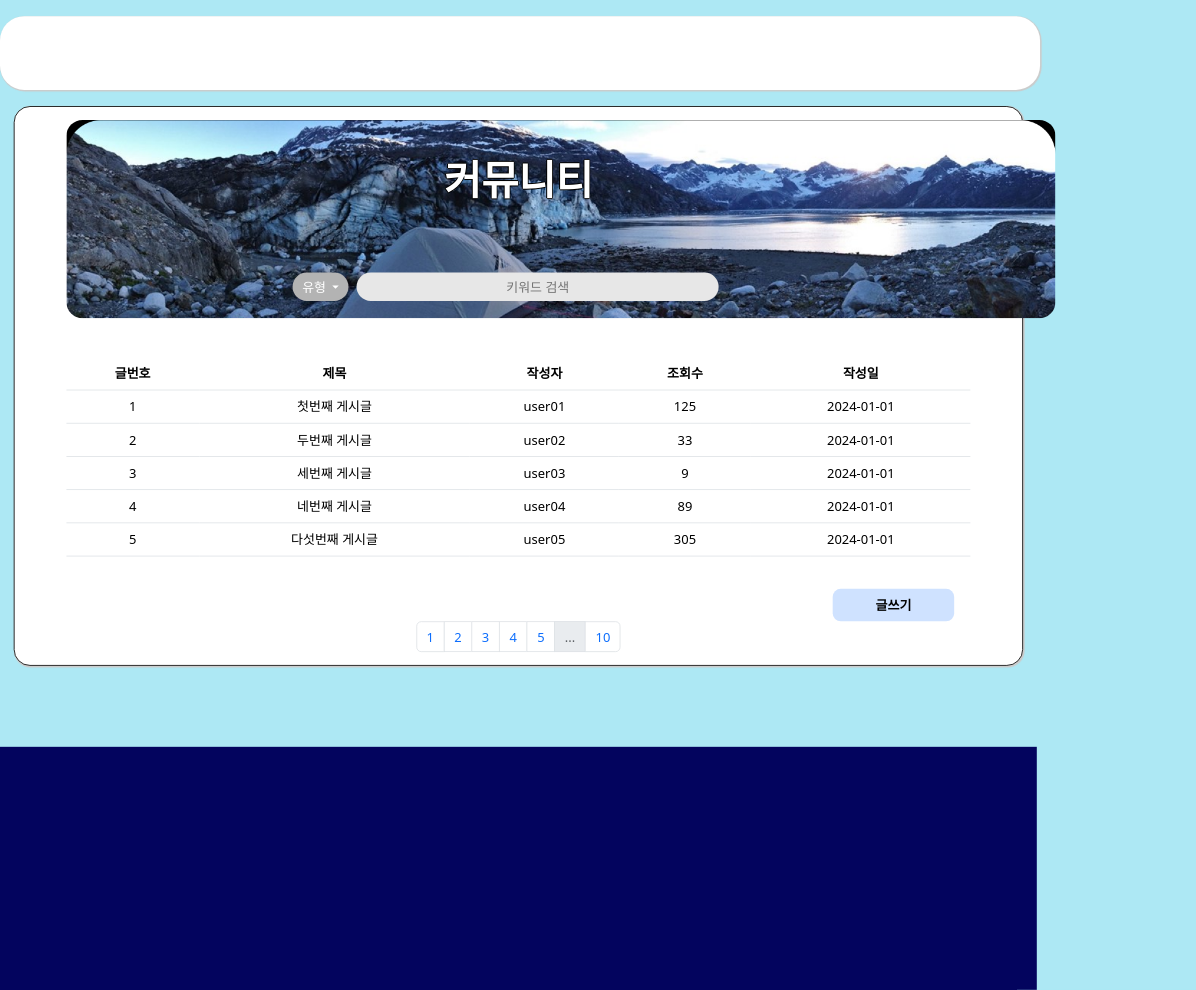
Repository: KimMJ0964/jsp
Page: http://localhost/Trafi/views/community/communityMain.jsp
The author's editor kept a copy of each file at every save. The page is drawn from the files as they stood at one save, then again after the next save.
The browser window is 1280 px wide. The page is 1477 px wide, so the pictures cover 1477 px, including what lies to the right of the window. The pictures show the whole page, at 81% of full size.
The pointer rests on the first visible `#createBoardBtn`.
The page is served by Tomcat 9.

Above is the page before, as saved 2024-09-19 08:09:06.

### Trafi/src/main/webapp/views/community/communityMain.jsp
<%@ page language="java" contentType="text/html; charset=UTF-8"
    pageEncoding="UTF-8"%>
<!DOCTYPE html>
<html lang="ko">
<head>
    <meta charset="UTF-8">
    <meta name="viewport" content="width=device-width, initial-scale=1.0">
    <title>커뮤니티</title>

    <!-- Latest compiled and minified CSS -->
    <link href="https://cdn.jsdelivr.net/npm/bootstrap@5.3.3/dist/css/bootstrap.min.css" rel="stylesheet">

    <!-- Latest compiled JavaScript -->
    <script src="https://cdn.jsdelivr.net/npm/bootstrap@5.3.3/dist/js/bootstrap.bundle.min.js"></script>
    <style>
        body {
            margin: 0;
            padding: 0;
            background-color: #ADE8F4;
        }
        .wrap {
            width: 1246px;
            margin: auto;
            border: 1px solid black;
            border-radius: 20px;
            background-color: white;
            box-shadow: 1px 1px 1px 1px rgb(203, 203, 203);
        }
        #header, #footer, #aside {
            height: 20%;
        }
        #header {
            width: 1284px;
            height: 91px;
            background-color: white;
            border-radius: 30px;
            margin: 0 auto;
            margin-top: 20px;
            margin-bottom: 20px;
            box-shadow: 1px 1px 1px 1px rgb(203, 203, 203);
            display: flex;
            justify-content: space-between;
            align-items: center;
        }

        #header img {
            width: 100px;
        }

        #header .dropdown {
            margin-right: 10px;
        }

        #header button {
            margin-right: 10px;
            background-color: white;
            font-size: 20px;
            color: black;
            font-weight: bold;
            border-style: none;
        }

        #header > .dropdown > button {
            background-color: white;
            font-size: 20px;
            color: black;
            font-weight: bold;
        }

        #footer {
            margin-top: 100px;
            width: 100%;
            height: 300px;
            background-color: #03045E;
        }

        .main_image {
            position: relative;
        }

        .main_image_text {
            position: absolute;
            top: 30%;
            left: 50%;
            transform: translate(-50%, -50%);
            color: white;
            font-weight: 900;
            text-shadow: -1px 0px black, 0px 1px black, 1px 0px black, 0px -1px black;
            font-size:50px;
        }

        #search {
            display: flex;
            align-items: center;
            gap: 10px; /* 간격 조정 */
            margin-top: 10px;
            position: absolute;
            top: 80%;
            left: 55%;
            transform: translate( -30%, -50% );
            text-align: center;
            width: 100%;
        }

        #searchKeyword {
            background-color: rgb(231, 231, 231);
            border-radius: 40px;
            border-style: none;
            width: 40%;
            height: 35px;
            text-align: center;
        }

        .btn {
            background-color: rgb(179, 179, 179);
            border-radius: 40px;
            border-style: none;
            height: 35px;
            text-align: center;
        }

        .createBtn {
            float: right;
            border-radius: 10px;
            border-style: none;
            background-color: rgb(177, 192, 255);
            width: 90px;
            height: 35px;
            font-weight: 600;
            color: white;
        }

        .createBtn:hover {
            background-color: rgb(147, 169, 255);
        }

        .table {
            text-align: center;
        }

        th {
            background-color: #9fd7ff; /* 연한 파랑색 */
        }

        .background-img {
            width: 1221px;
            border-radius: 20px;
        }

        #createBoardBtn {
        	width: 150px;
        	border-style: none;
        	background-color: #CFE2FF;
        	border-radius: 10px;
        	font-weight: bold;
        	height: 40px;
        	left: 0px;
        	float: right;
        	margin-right: 20px;
        }

        #createBoardBtn:hover {
        	background-color: #CFE2FF;
        }

        /* 반응형 디자인 - 481px ~ 768px */
        @media (max-width: 768px) and (min-width: 481px) {
            .wrap {
                width: 100%;
                border-radius: 10px;
                box-shadow: none;
                border: none;
            }
            #header {
                width: 100%;
                height: 70px;
                margin-top: 10px;
                margin-bottom: 10px;
            }
            .main_image img {
                width: 100%;
                border-radius: 10px;
                margin-top: 20px;
            }
            .main_image_text {
                font-size: 30px;
                margin-top: 5px;
            }
            #searchKeyword {
                width: 60%;
            }
            #search {
                top: 70%;
                left: 60%;
                transform: translate(-50%, -50%);
            }
            .createBtn {
                width: 100px;
                height: 40px;
            }

            .background-img {
                width: 400px;
                border-radius: 20px;
            }
        }

        /* 모바일 화면 (최대 480px 이하) */
        @media (max-width: 480px) {
            .wrap {
                width: 100%;
                margin: 0;
                border: none;
                box-shadow: none;
                padding: 0 10px;
            }
            #header {
                width: 100%;
                height: 70px;
                margin-top: 10px;
                margin-bottom: 10px;
            }
            .main_image img {
                width: 100%;
                border-radius: 10px;
            }
            .main_image_text {
                font-size: 25px;
            }
            #searchKeyword {
                width: 80%;
            }
            #search {
                top: 90%;
                left: 50%;
                transform: translate(-50%, -50%);
            }
            .createBtn {
                width: 90px;
                height: 35px;
            }

            .background-img {
                width: 400px;
                border-radius: 20px;
            }
        }

    </style>
</head>
<body>
    <div id="header"></div>

    <div class="wrap">
        <div class="container mt-3">
            <div class="main_image">
                <img src="./img/ta.png" class="background-img">
                <h1 class="main_image_text">커뮤니티</h1>
                <div id="search">
                    <div class="dropdown">
                        <button type="button" id="dropdownMenuButton" class="btn btn-primary dropdown-toggle" data-bs-toggle="dropdown">
                            유형
                        </button>
                        <ul class="dropdown-menu" aria-labelledby="dropdownMenuButton">
                            <li><a class="dropdown-item" href="#" onclick="updateDropdownText('작성자')">작성자</a></li>
                            <li><a class="dropdown-item" href="#" onclick="updateDropdownText('제목')">제목</a></li>
                            <li><a class="dropdown-item" href="#" onclick="updateDropdownText('작성일')">작성일</a></li>
                        </ul>
                    </div>
                    <input type="text" id="searchKeyword" placeholder="키워드 검색">
                </div>
            </div>
            <br><br>
            <table class="table table-hover">
                <thead>
                    <tr>
                        <th>글번호</th>
                        <th>제목</th>
                        <th>작성자</th>
                        <th>조회수</th>
                        <th>작성일</th>
                    </tr>
                </thead>
                <tbody>
                    <tr>
                        <td>1</td>
                        <td>첫번째 게시글</td>
                        <td>user01</td>
                        <td>125</td>
                        <td>2024-01-01</td>
                    </tr>
                    <tr>
                        <td>2</td>
                        <td>두번째 게시글</td>
                        <td>user02</td>
                        <td>33</td>
                        <td>2024-01-01</td>
                    </tr>
                    <tr>
                        <td>3</td>
                        <td>세번째 게시글</td>
                        <td>user03</td>
                        <td>9</td>
                        <td>2024-01-01</td>
                    </tr>
                    <tr>
                        <td>4</td>
                        <td>네번째 게시글</td>
                        <td>user04</td>
                        <td>89</td>
                        <td>2024-01-01</td>
                    </tr>
                    <tr>
                        <td>5</td>
                        <td>다섯번째 게시글</td>
                        <td>user05</td>
                        <td>305</td>
                        <td>2024-01-01</td>
                    </tr>
                </tbody>
            </table>
            <br>
            <button id="createBoardBtn">글쓰기</button>
            <br>
            <!-- Pagination -->
            <nav aria-label="Page navigation">
                <ul class="pagination justify-content-center mt-3">
                    <li class="page-item"><a class="page-link" href="#">1</a></li>
                    <li class="page-item"><a class="page-link" href="#">2</a></li>
                    <li class="page-item"><a class="page-link" href="#">3</a></li>
                    <li class="page-item"><a class="page-link" href="#">4</a></li>
                    <li class="page-item"><a class="page-link" href="#">5</a></li>
                    <li class="page-item disabled"><a class="page-link" href="#">...</a></li>
                    <li class="page-item"><a class="page-link" href="#">10</a></li>
                </ul>
            </nav>
        </div>
    </div>

    <div id="footer"></div>
</body>
</html>

After the next save:
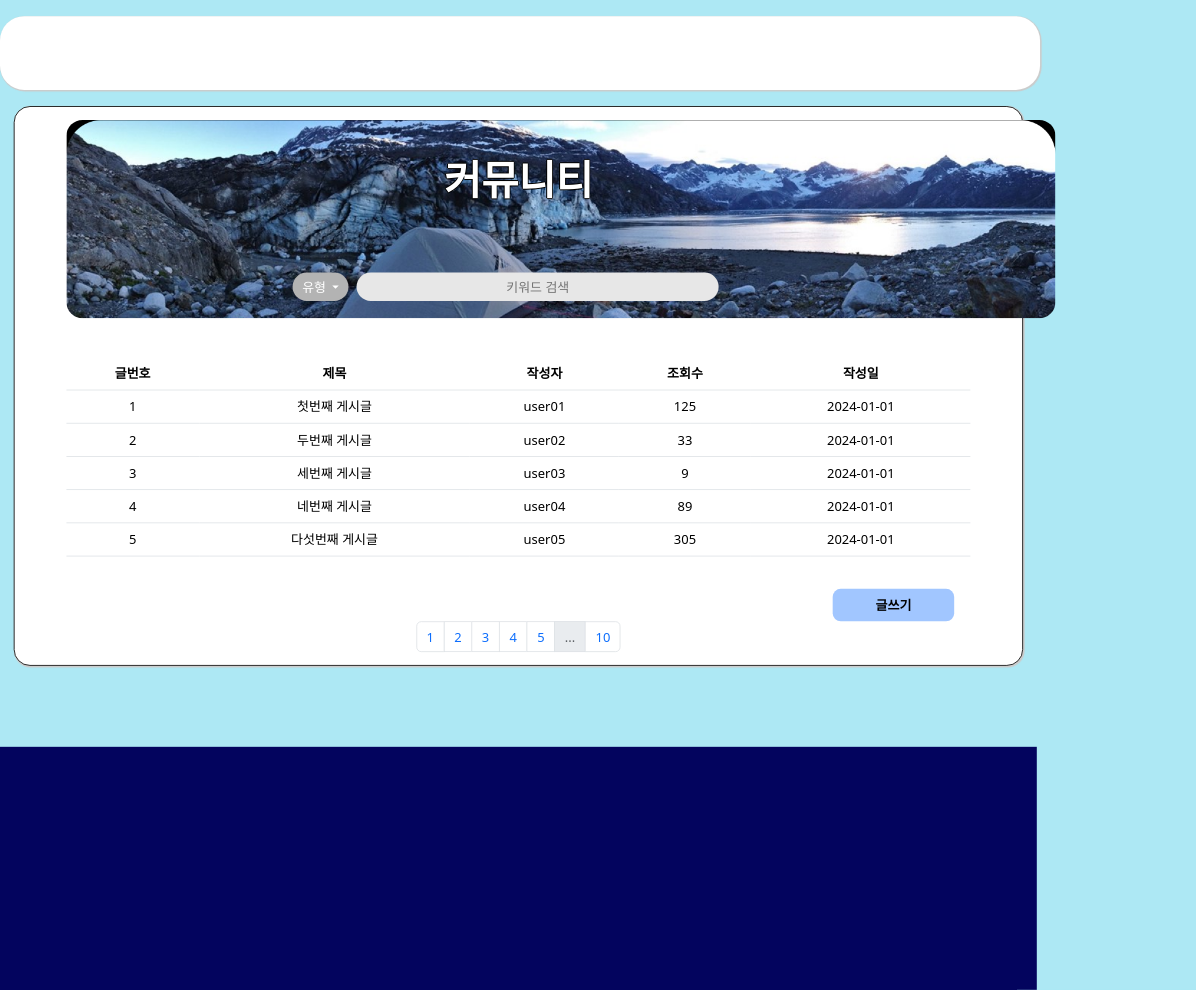
Saved 22 s later.
--- a/Trafi/src/main/webapp/views/community/communityMain.jsp
+++ b/Trafi/src/main/webapp/views/community/communityMain.jsp
@@ -160,7 +160,7 @@
         }
 
         #createBoardBtn:hover {
-        	background-color: #CFE2FF;
+        	background-color: #a1c6ff;
         }
 
         /* 반응형 디자인 - 481px ~ 768px */
